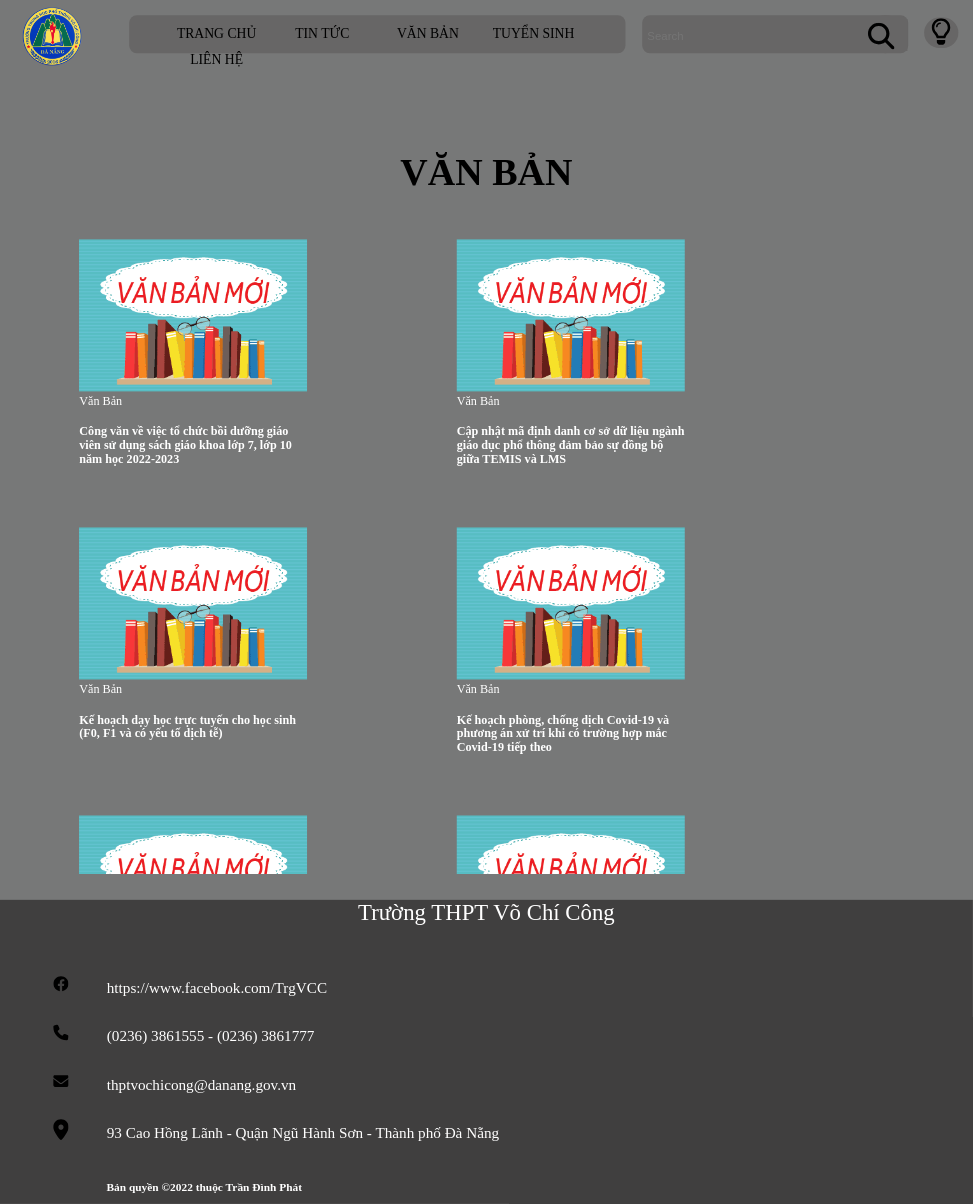
Repository: dphasst17/THPTVCC
Page: document/document.html
The author's editor kept a copy of each file at every save. The page is drawn from the files as they stood at one save, then again after the next save.
The browser window is 1280 px wide. The pictures show the whole page, at 76% of full size.

Above is the page before, as saved 2022-10-17 14:09:25.

### document/document.html
<!DOCTYPE html>
<html lang="en">
<head>
    <meta charset="UTF-8">
    <meta http-equiv="X-UA-Compatible" content="IE=edge">
    <meta name="viewport" content="width=device-width, initial-scale=1.0">
    <script src="https://ajax.googleapis.com/ajax/libs/jquery/3.6.0/jquery.min.js"></script>
    <link rel="stylesheet" href="../index.js">
    <link rel="stylesheet" href="./document.css">
    <title>Trường THPT Võ Chí Công</title>
</head>
<body>
    <header>
        <div class="logo">
            <a href="#">
                <img src="../img/logo.png" alt="">
            </a>
        </div>
        <div class="nav">
            <ul>
                <li><a href="../index.html">TRANG CHỦ</a></li>
                <li><a href="../new/new.html">TIN TỨC</a></li>
                <li><a href="../document/document.html">VĂN BẢN</a></li>
                <li><a href="../admissions/admissions.html">TUYỂN SINH</a></li>
                <li><a href="#contact">LIÊN HỆ</a></li>
            </ul>
        </div>
        <div class="search">
            <input placeholder="Search" spellCheck="false"/>
            <div class="icon-search">
                <svg xmlns="http://www.w3.org/2000/svg" viewBox="0 0 512 512"><path d="M416 208c0 45.9-14.9 88.3-40 122.7L502.6 457.4c12.5 12.5 12.5 32.8 0 45.3s-32.8 12.5-45.3 0L330.7 376c-34.4 25.2-76.8 40-122.7 40C93.1 416 0 322.9 0 208S93.1 0 208 0S416 93.1 416 208zM208 352c79.5 0 144-64.5 144-144s-64.5-144-144-144S64 128.5 64 208s64.5 144 144 144z"strokeWidth="4" stroke="#fff"/></svg>
            </div>
        </div>
        <div class="user">
            <svg xmlns="http://www.w3.org/2000/svg" viewBox="0 0 448 512">
                <path d="M224 256c70.7 0 128-57.3 128-128S294.7 0 224 0S96 57.3 96 128s57.3 128 128 128zm-45.7 48C79.8 304 0 383.8 0 482.3C0 498.7 13.3 512 29.7 512H418.3c16.4 0 29.7-13.3 29.7-29.7C448 383.8 368.2 304 269.7 304H178.3z"/>
            </svg>
            <div class="user_infor">
                <a href="../login.html">Login</a>
            </div>
        </div>
        <div class="dark_mode">
            <div>
                <button id="dark">
                    <svg xmlns="http://www.w3.org/2000/svg" viewBox="0 0 384 512">
                        <path d="M272 384c9.6-31.9 29.5-59.1 49.2-86.2l0 0c5.2-7.1 10.4-14.2 15.4-21.4c19.8-28.5 31.4-63 31.4-100.3C368 78.8 289.2 0 192 0S16 78.8 16 176c0 37.3 11.6 71.9 31.4 100.3c5 7.2 10.2 14.3 15.4 21.4l0 0c19.8 27.1 39.7 54.4 49.2 86.2H272zM192 512c44.2 0 80-35.8 80-80V416H112v16c0 44.2 35.8 80 80 80zM112 176c0 8.8-7.2 16-16 16s-16-7.2-16-16c0-61.9 50.1-112 112-112c8.8 0 16 7.2 16 16s-7.2 16-16 16c-44.2 0-80 35.8-80 80z"/>
                    </svg>
                </button>
            </div>
            <div>
                <button id="light">
                    <svg xmlns="http://www.w3.org/2000/svg" viewBox="0 0 384 512">
                        <path d="M112.1 454.3c0 6.297 1.816 12.44 5.284 17.69l17.14 25.69c5.25 7.875 17.17 14.28 26.64 14.28h61.67c9.438 0 21.36-6.401 26.61-14.28l17.08-25.68c2.938-4.438 5.348-12.37 5.348-17.7L272 415.1h-160L112.1 454.3zM192 0C90.02 .3203 16 82.97 16 175.1c0 44.38 16.44 84.84 43.56 115.8c16.53 18.84 42.34 58.23 52.22 91.45c.0313 .25 .0938 .5166 .125 .7823h160.2c.0313-.2656 .0938-.5166 .125-.7823c9.875-33.22 35.69-72.61 52.22-91.45C351.6 260.8 368 220.4 368 175.1C368 78.8 289.2 .0039 192 0zM288.4 260.1c-15.66 17.85-35.04 46.3-49.05 75.89h-94.61c-14.01-29.59-33.39-58.04-49.04-75.88C75.24 236.8 64 206.1 64 175.1C64 113.3 112.1 48.25 191.1 48C262.6 48 320 105.4 320 175.1C320 206.1 308.8 236.8 288.4 260.1zM176 80C131.9 80 96 115.9 96 160c0 8.844 7.156 16 16 16S128 168.8 128 160c0-26.47 21.53-48 48-48c8.844 0 16-7.148 16-15.99S184.8 80 176 80z"/>
                    </svg>
                </button>
            </div>
        </div>
        <script>
            $(document).ready(function(){
                $('.user').click(function(){
                    $('.user_infor').fadeToggle('user_info')
                })
            })

            /* Dark - Light mode */
            $(document).ready(function(){
                $('#dark').click(function(){
                    $('body').css("background-color","rgb(119, 120, 120)")
                    $('.nav, .search, .search>input, .user, #new, #document, #admissions').css("background-color","rgb(103, 102, 102)")
                    $('.notification').css("background-color","#f4f2f2bd")
                    $('.nav, .search, .user,#dark, .notification').css("border-style","none")
                    $('h4').css("color","white")
                    $('#dark').css("display","none")
                    $('#light').css("display","block")
                });
                $('#light').click(function(){
                    $('body').css("background-color","rgb(239, 236, 236)")
                    $('.nav, .search, .search>input, .user, .notification, #new, #document, #admissions, #dark').css("background-color","rgb(247, 246, 246)")
                    $('.nav, .search, .user,#dark, .notification').css("border-style","solid")
                    $('.search>input').css("color","#000")
                    $('h4').css("color","black")
                    $('#light').css("display","none")
                    $('#dark').css("display","block")
                })
            })
        </script>
    </header>
    <div class="container">
        <article>
            <iframe name="page" src="./document_content/dchome.html" frameborder="0" style="width:100%;height:1050px;overflow:hidden;">
            </iframe>
        </article>

    </div>
    <div id="contact" class="contact">
        <p>Trường THPT Võ Chí Công</p>
        <div class="contact_container">
            <div class="svg">
                <svg xmlns="http://www.w3.org/2000/svg" viewBox="0 0 512 512">
                    <path d="M504 256C504 119 393 8 256 8S8 119 8 256c0 123.78 90.69 226.38 209.25 245V327.69h-63V256h63v-54.64c0-62.15 37-96.48 93.67-96.48 27.14 0 55.52 4.84 55.52 4.84v61h-31.28c-30.8 0-40.41 19.12-40.41 38.73V256h68.78l-11 71.69h-57.78V501C413.31 482.38 504 379.78 504 256z"/></svg>
                    <a href="https://www.facebook.com/TrgVCC">https://www.facebook.com/TrgVCC</a>
            </div>
        </div>
        <div class="contact_container">
            <div class="svg">
                <svg xmlns="http://www.w3.org/2000/svg" viewBox="0 0 512 512">
                    <path d="M164.9 24.6c-7.7-18.6-28-28.5-47.4-23.2l-88 24C12.1 30.2 0 46 0 64C0 311.4 200.6 512 448 512c18 0 33.8-12.1 38.6-29.5l24-88c5.3-19.4-4.6-39.7-23.2-47.4l-96-40c-16.3-6.8-35.2-2.1-46.3 11.6L304.7 368C234.3 334.7 177.3 277.7 144 207.3L193.3 167c13.7-11.2 18.4-30 11.6-46.3l-40-96z"/></svg>
                    <a>(0236) 3861555 - (0236) 3861777</a>
            </div>
        </div>
        <div class="contact_container">
            <div class="svg">
                <svg xmlns="http://www.w3.org/2000/svg" viewBox="0 0 512 512">
                    <path d="M48 64C21.5 64 0 85.5 0 112c0 15.1 7.1 29.3 19.2 38.4L236.8 313.6c11.4 8.5 27 8.5 38.4 0L492.8 150.4c12.1-9.1 19.2-23.3 19.2-38.4c0-26.5-21.5-48-48-48H48zM0 176V384c0 35.3 28.7 64 64 64H448c35.3 0 64-28.7 64-64V176L294.4 339.2c-22.8 17.1-54 17.1-76.8 0L0 176z"/></svg>
                    <a>thptvochicong@danang.gov.vn</a>
            </div>
        </div>
        <div class="contact_container">
            <div class="svg">
                <svg xmlns="http://www.w3.org/2000/svg" viewBox="0 0 384 512">
                    <path d="M215.7 499.2C267 435 384 279.4 384 192C384 86 298 0 192 0S0 86 0 192c0 87.4 117 243 168.3 307.2c12.3 15.3 35.1 15.3 47.4 0zM192 256c-35.3 0-64-28.7-64-64s28.7-64 64-64s64 28.7 64 64s-28.7 64-64 64z"/></svg>
                    <a>93 Cao Hồng Lãnh - Quận Ngũ Hành Sơn - Thành phố Đà Nẵng</a>
            </div>
        </div>
        <h3 style="color:white;margin-left:140px;margin-top:50px;font-size:15px;">Bản quyền ©2022 thuộc Trần Đình Phát</h3>
    </div>
</body>
</html>

### index.js
$(document).ready(function(){
    $('body').css("background-color","rgb(239, 236, 236)")
    $('.nav, .search, .user,#dark, .notification').css("border-style","solid")
    $('.nav, .search, .search>input, .user, .notification, #new, #document, #admissions, #dark').css("background-color","rgb(247, 246, 246)")
})

$(document).ready(function(){
    $('.user').click(function(){
        $('.user_infor').fadeToggle('user_info')
    })
})

/* Dark - Light mode */
$(document).ready(function(){
	$('#dark').click(function(){
    	$('body').css("background-color","rgb(119, 120, 120)")
        $('.nav, .search, .search>input, .user, #new, #document, #admissions').css("background-color","rgb(103, 102, 102)")
        $('.notification').css("background-color","#f4f2f2bd")
        $('.nav, .search, .user,#dark, .notification').css("border-style","none")
        $('h4').css("color","white")
        $('#dark').css("display","none")
        $('#light').css("display","block")
    });
    $('#light').click(function(){
    	$('body').css("background-color","rgb(239, 236, 236)")
        $('.nav, .search, .search>input, .user, .notification, #new, #document, #admissions, #dark').css("background-color","rgb(247, 246, 246)")
        $('.nav, .search, .user,#dark, .notification').css("border-style","solid")
        $('.search>input').css("color","#000")
        $('h4').css("color","black")
        $('#dark').css("display","block")
        $('#light').css("display","none")
    })
})

### document/document.css
html{
    scroll-behavior: smooth;
}
body{
    margin:0;
    text-decoration:none;
    background-color:rgb(119, 120, 120);
}
header{
    width:100%;
    height:100px;
    top:0;
    left:0;
    right:0;
    position:relative;
    z-index: 111;
}
.logo img{
    width:6%;
    margin:10px 30px;
    position:absolute;
}
.nav{
    position:absolute;
    width:51%;
    height:50px;
    background-color:rgb(103, 102, 102);
    border-radius:10px;
    margin:20px 170px;
}
.nav ul li{
    display:inline-block;
    width:120px;
    margin-top:-10%;
    margin-left:15px;
    text-decoration:none;
    line-height: 44px;
    text-align:center;
}
.nav a{
    display:block;
    width:120px;
    height:50px;
    text-decoration:none;
    font-size:18px;
    color:black;
    line-height: 48px;
}
.search{
    width: 350px;
    height: 50px;
    position: absolute;
    background-color: rgb(103, 102, 102);
    margin-left: 66%;
    margin-top:20px;
    border-radius: 10px;
}
.search input{
    width:340px;
    height:40px;
    margin:5px;
    border-style:none;
    background-color:rgb(103, 102, 102);
    color:#fff;
    outline: none;
    font-size:15px;
}
.icon-search{
    position: absolute;
    background-color: transparent;
    border: 0 none;
    width: 10%;
    margin: -12% 85%;
}
.user{
    width:50px;
    height:50px;
    float:right;
    margin:20px 90px;
    border-radius:50px;
    background-color:rgb(103, 102, 102);
}
.user svg{
    width: 60%;
    margin: 5px 10px;
}
.user a{
    color:tan;
    text-decoration:none;
}
.user_infor{
    display:none;
    width:100px;
    height:100px;
    background-color: rgb(103, 102, 102);
    border-radius:10px;
    margin: 10px -25px;
    text-align:center;
}
.user_infor button{
    border:none;
    background-color:rgb(103, 102, 102);
}

#dark{
    width:45px;
    position:absolute;
    border:none;
    background-color:rgb(103, 102, 102);
    display:none;
    margin-top:23px;
    margin-left:95%;
    border-radius:50px;
}
#light{
    width:45px;
    position:absolute;
    border:none;
    background-color:rgb(103, 102, 102);
    display:block;
    margin-top:23px;
    margin-left:95%;
    border-radius:50px;
}
#dark svg{
    width:80%;
}
#light svg{
    width:80%;
}
iframe{
    width:100%;
    height:100%;
}
.contact{
    width:100%;
    height:400px;
    background-color:rgb(64, 63, 63);
}
.contact h4{
    position:absolute;
    color:#fff;
    margin:50px 140px;
}
.contact p{
    color:#fff;
    text-align:center;
    font-size:30px;
}
.contact_container{
    display:inline-flex;
    width:90%;
    height:15%;
    margin-left:70px;
}
.svg {
    display:flex;
    position:absolute;
    width:80%;
    margin-top:30px;
}
.svg a{
    font-size: 20px;
    margin-left:50px;
    margin-top:10px;
    color:#fff;
    text-decoration:none;
}
.svg svg{
    width:2%;
}

### document/document_content/dchome.html
<!DOCTYPE html>
<html lang="en">
<head>
    <meta charset="UTF-8">
    <meta http-equiv="X-UA-Compatible" content="IE=edge">
    <meta name="viewport" content="width=device-width, initial-scale=1.0">
    <link rel="stylesheet" href="dchome.css">
    <title>Document</title>
</head>
<body>
    <div id="document" class="document">
        <h1><br/>VĂN BẢN</h1>
        <div class="document_container">
            <a href="../document_content/dc1.html">
                <img src="../document/document.png" alt="">
                <a>Văn Bản</a>
                <h4>Công văn về việc tổ chức bồi dưỡng giáo viên sử dụng sách giáo khoa lớp 7, lớp 10 năm học 2022-2023</h4>
            </a>
        </div>

        <div class="document_container">
            <a href="../document_content/dc2.html">
                <img src="../document/document.png" alt="">
                <a>Văn Bản</a>
                <h4>Cập nhật mã định danh cơ sở dữ liệu ngành giáo dục phổ thông đảm bảo sự đồng bộ giữa TEMIS và LMS</h4>
            </a>
        </div>

        <div class="document_container">
            <a href="../document_content/dc3.html">
                <img src="../document/document.png" alt="">
                <a>Văn Bản</a>
                <h4>Kế hoạch dạy học trực tuyến cho học sinh (F0, F1 và có yếu tố dịch tễ)</h4>
            </a>
        </div>

        <div class="document_container">
            <a href="../document_content/dc4.html">
                <img src="../document/document.png" alt="">
                <a>Văn Bản</a>
                <h4>Kế hoạch phòng, chống dịch Covid-19 và phương án xử trí khi có trường hợp mắc Covid-19 tiếp theo</h4>
            </a>
        </div>

        <div class="document_container">
            <a href="../document_content/dc5.html">
                <img src="../document/document.png" alt="">
                <a>Văn Bản</a>
                <h4>Quyết định về việc điều chỉnh phân bổ dự toán chi ngân sách nhà nước năm 2021</h4>
            </a>
        </div>

        <div class="document_container">
            <a href="../document_content/dc6.html">
                <img src="../document/document.png" alt="">
                <a>Văn Bản</a>
                <h4>Thông báo thời gian biểu dạy học trực tuyến từ ngày 22-11-2021 đến hết ngày 27-11-2021</h4>
            </a>
        </div>

    </div>
</body>
</html>

### document/document_content/dchome.css
.document{
    width:100%;
    height:900px;

    margin-top:40px;
    border-radius:20px;
}
.document img{
    width:300px;
    height:200px;
}
.document_container{
    width:300px;
    height:350px;
    display:inline-flex;
    margin: 10px 96.3px;
    flex-wrap: wrap;
    align-content: center;
}
.document_container h4{
    color:#fff;
}
.document_container a{
    color:#fff;
    text-decoration:none;
}
h1{
    font-size: 50px;
    text-align:center;
}

After the next save:
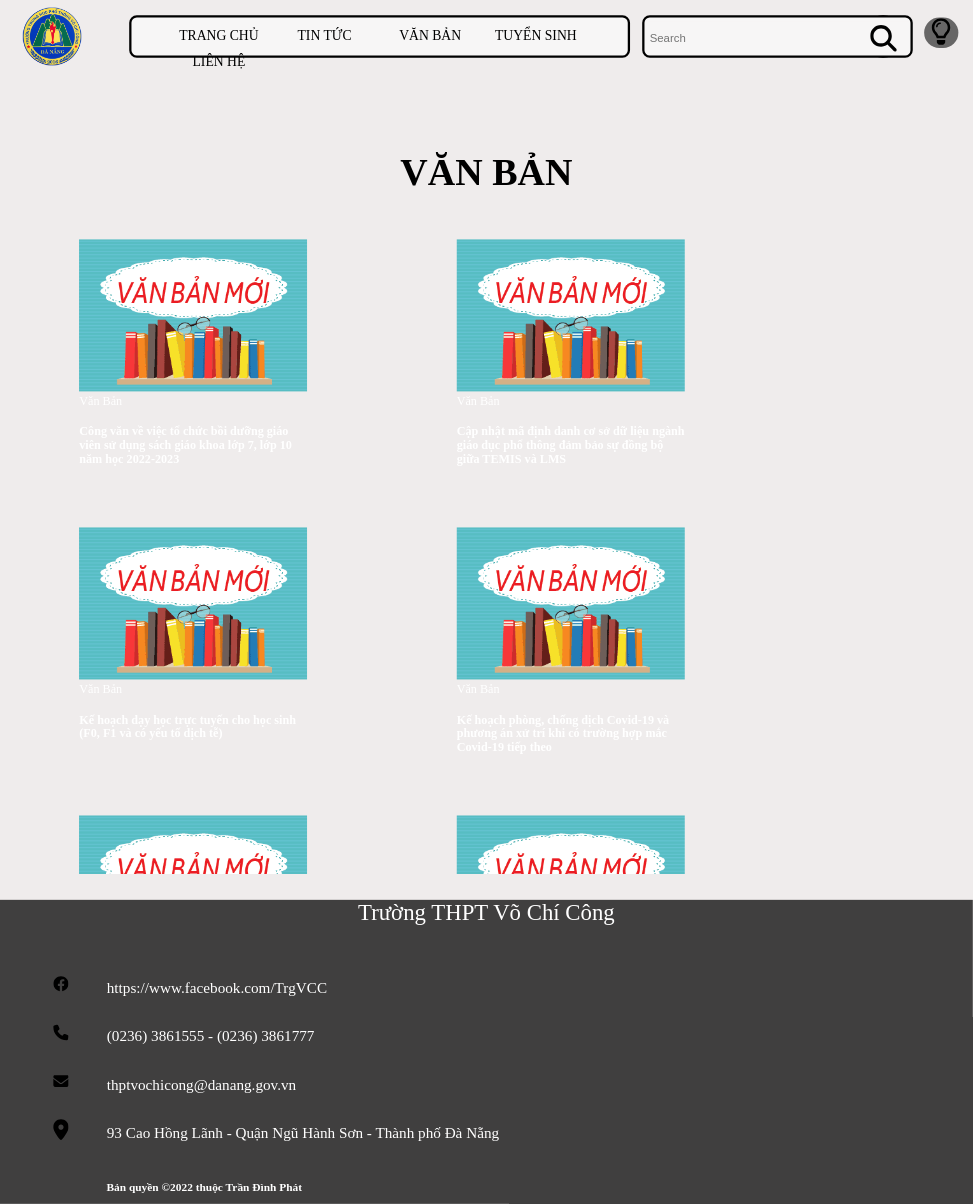
Saved 37 s later.
--- a/document/document.html
+++ b/document/document.html
@@ -57,6 +57,12 @@
         </div>
         <script>
             $(document).ready(function(){
+                $('body').css("background-color","rgb(239, 236, 236)")
+                $('.nav, .search, .user,#dark, .notification').css("border-style","solid")
+                $('.nav, .search, .search>input, .user, .notification, #new, #document, #admissions, #dark').css("background-color","rgb(247, 246, 246)")
+            })
+
+            $(document).ready(function(){
                 $('.user').click(function(){
                     $('.user_infor').fadeToggle('user_info')
                 })
@@ -79,8 +85,8 @@
                     $('.nav, .search, .user,#dark, .notification').css("border-style","solid")
                     $('.search>input').css("color","#000")
                     $('h4').css("color","black")
+                    $('#dark').css("display","block")
                     $('#light').css("display","none")
-                    $('#dark').css("display","block")
                 })
             })
         </script>
